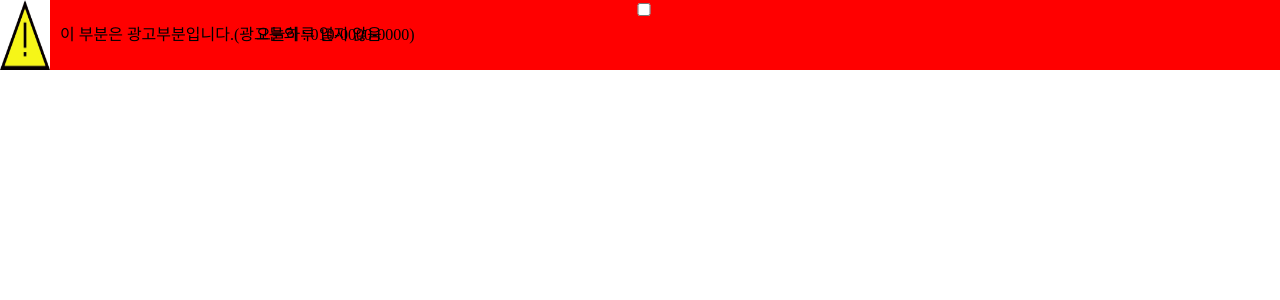
Repository: leehyeonung/myproject
Page: http://localhost/myproject/
An editor plug-in stored every save of this project. The page is shown before and after a run of saves, followed by the edit.
The browser window is 1280 px wide. The pictures show the whole page.
The page is served by Tomcat 9.

Above is the page before, as saved 2023-03-15 10:52:26.

### myproject/src/main/webapp/index.jsp
<%@ page language="java" contentType="text/html; charset=EUC-KR"
    pageEncoding="EUC-KR"%>
<!DOCTYPE html>
<html>
<head>
<meta charset="EUC-KR">
<title>index</title>
</head>
<body>
<jsp:include page="header.jsp"></jsp:include>
<section>

</section>
<jsp:include page="footer.jsp"></jsp:include>
</body>
</html>

### myproject/src/main/webapp/header.jsp
<%@ page language="java" contentType="text/html; charset=EUC-KR"
    pageEncoding="EUC-KR"%>
<!DOCTYPE html>
<html>
<head>
<meta charset="EUC-KR">
<title>header</title>
<link rel="stylesheet" type="text/css" href="/resources/css/header.css">
</head>
<body>

<div class="ad">
<img alt="" src="/resources/image/warning2.jpg">

<div class="ad_text">
이 부분은 광고부분입니다.(광고문의 : 010-0000-0000)
</div>
<div class="ad_button">
오늘하루 열지 않음
<input type="checkbox" name="today_check">
</div>
</div>

<header>
</header>

<nav>
</nav>



</body>
</html>

### myproject/src/main/webapp/footer.jsp
<%@ page language="java" contentType="text/html; charset=EUC-KR"
    pageEncoding="EUC-KR"%>
<!DOCTYPE html>
<html>
<head>
<meta charset="EUC-KR">
<title>footer</title>
</head>
<body>

</body>
</html>

### myproject/src/main/webapp/resources/css/header.css
*{
	position: fixed;
	width:60%;
	left:20%;
}

.ad img{
	left:0px;
	width:50px;
	height: 70px;
}

.ad{
	left:0px;
	width:100%;
	top:0px;
	height:70px;
	background-color: red;
	line-height: 70px;
}
.ad_text{
	left:50px;
	padding-left: 10px;
}
header{

}

nav{

}

After the next 2 saves:
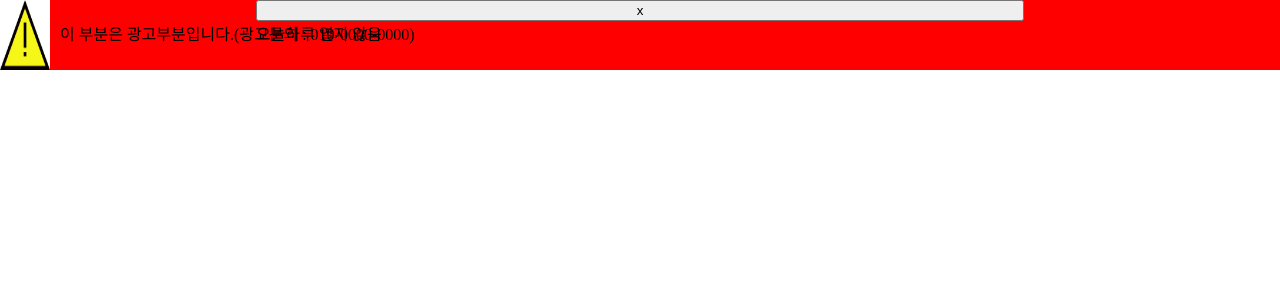
The 2 saves are shown as one change because they came seconds apart.
The last was saved 16 s later.
--- a/myproject/src/main/webapp/header.jsp
+++ b/myproject/src/main/webapp/header.jsp
@@ -18,6 +18,8 @@
 <div class="ad_button">
 오늘하루 열지 않음
 <input type="checkbox" name="today_check">
+<button type="button">
+x</button>
 </div>
 </div>
 
